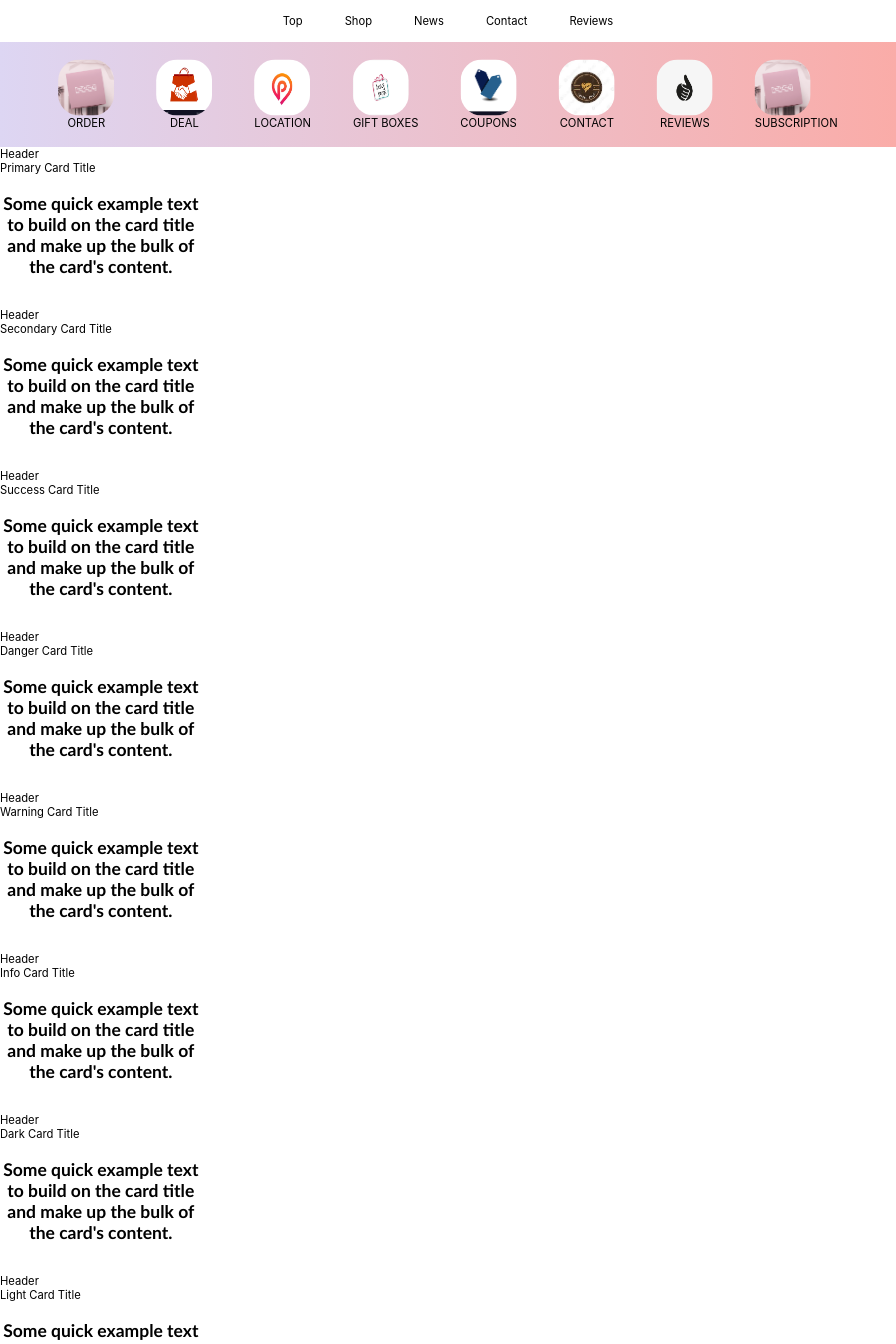
Repository: tusharpasricha/owlsomecoffee
Page: /
An editor plug-in stored every save of this project. The page is shown before and after a run of saves, followed by the edit.
The browser window is 1280 px wide. The pictures show the part of the page from y = 0 to 1920 px (the page is 4056 px tall before and 2411 px after), at 70% of full size.
Some web fonts or font styles are not loaded; a fallback is used. The project was rebuilt for these pictures with package versions that can differ from the ones it lists, and the page was loaded fresh each time. Also part of the build but not shown: src/components/coupons.css, src/components/coupons.js, src/components/order.css, src/components/order.js, src/components/giftboxes.css, src/components/giftboxes.js, src/components/location.css, src/components/location.js and 1 more.

Above is the page before, as saved 2021-09-27 22:06:49.

### src/App.js

//import './App.css';
import Navbar from './components/navbar';
import Bar from './components/bar';
import Subs from './components/subscription';
import Review from './components/review';
import Coupons from './components/coupons';
import Order from './components/order';
import Giftboxes from './components/giftboxes';
import Location from './components/location';
import Deal from './components/deal';
import Beforefootor from './components/beforefootor';
import Footor from './components/footor';
import Blank from './components/blank';
import Contact from './components/contact'










function App() {
  return (
    <div className="App">
     <Navbar></Navbar>
     <Blank></Blank>
     <Bar></Bar>
     <Deal></Deal>
     <Review></Review>
     {/* <Order></Order>
     <Location></Location>

     <Giftboxes></Giftboxes>
     <Coupons></Coupons> */}
     <Contact></Contact>
     <Subs></Subs>
     <Beforefootor></Beforefootor>
    <Footor></Footor>
    </div>
  );
}

export default App;

### src/components/navbar.js
import React from 'react'
import './navbar.css'
import {animateScroll as scroll} from 'react-scroll';
const Navbar = () => {
    return (
      <header className="mobileNav">
    <div className="nav">
<ul className="options">
  <li onClick={(()=> scroll.scrollToTop())}>
  Top</li>
  <li><a href="default.asp">Shop</a></li>
  <li><a href="news.asp">News</a></li>
  <li><a href="contact.asp">Contact</a></li>
  <li><a href="about.asp">Reviews</a></li>
</ul>
    </div>
    </header>
    )
}

export default Navbar

### src/components/bar.js
import React from 'react';
import {Link} from 'react-scroll';
import './bar.css';
import order from './order.jpg';
import deal from './deal.jpg';
import location from './location.jpg';
import coupon from './coupon.jpg';
import gift from './gift.jpg';
import review from './review.jpg';
import subscription from './subscription.png';
import logo from './logo.jfif';

const Bar = () => {
    return (
        <div className="bar">
<ul>
  <li> <img src={subscription}></img> <Link to="order" smooth={true} duration={1000}>ORDER</Link></li>
  <li><img src={deal}></img> <Link to="deal" smooth={true} duration={1000}>DEAL</Link></li>
  <li><img src={location}></img> <Link to="location" smooth={true} duration={1000}>LOCATION</Link></li>
  <li><img src={gift}></img> <Link to="giftboxes" smooth={true} duration={1000}>GIFT BOXES</Link></li>
  <li><img src={coupon}></img> <Link to="coupons" smooth={true} duration={1000}>COUPONS</Link></li>
  <li><img src={logo}></img> <Link to="contact" smooth={true} duration={1000}>CONTACT</Link></li>
  <li><img src={review}></img> <Link to="reviews" smooth={true} duration={1000}>REVIEWS</Link></li>
  <li><img src={subscription}></img> <Link to="subs" smooth={true} duration={1000}>SUBSCRIPTION</Link></li>

</ul>
        </div>
    )
}

export default Bar

### src/components/subscription.js
import React from 'react'
import './subscription.css';

const Subs = () => {
    return (

        <div className="subs" id="subs">
        <section>
        <h1>Subscription</h1>
        <p>Fresh Sleepy Owl, every month, at your doorstep. Never run out of coffee again. Skip, pause or cancel your subscription at anytime.</p>
        </section>

        </div>

    )
}

export default Subs

### src/components/review.js
import React from 'react';
import './review.css';

const Review = () => {
    return (
        <div className="reviews" to="reviews">
        <section>
        <h1>REVIEWS</h1>
        <p>Fresh Sleepy Owl, every month, at your doorstep. Never run out of coffee again. Skip, pause or cancel your subscription at anytime.</p>
        </section>
        </div>
    )
}

export default Review

### src/components/deal.js
import React from "react"

import Card from "react-bootstrap/Card";
import './deal.css';


const Deal = () => {
    return (
        <>
  <Card bg="primary" text="white" style={{ width: '18rem' }}>
    <Card.Header>Header</Card.Header>
    <Card.Body>
      <Card.Title>Primary Card Title</Card.Title>
      <Card.Text>
        Some quick example text to build on the card title and make up the bulk
        of the card's content.
      </Card.Text>
    </Card.Body>
  </Card>
  <br />

  <Card bg="secondary" text="white" style={{ width: '18rem' }}>
    <Card.Header>Header</Card.Header>
    <Card.Body>
      <Card.Title>Secondary Card Title</Card.Title>
      <Card.Text>
        Some quick example text to build on the card title and make up the bulk
        of the card's content.
      </Card.Text>
    </Card.Body>
  </Card>
  <br />

  <Card bg="success" text="white" style={{ width: '18rem' }}>
    <Card.Header>Header</Card.Header>
    <Card.Body>
      <Card.Title>Success Card Title</Card.Title>
      <Card.Text>
        Some quick example text to build on the card title and make up the bulk
        of the card's content.
      </Card.Text>
    </Card.Body>
  </Card>
  <br />

  <Card bg="danger" text="white" style={{ width: '18rem' }}>
    <Card.Header>Header</Card.Header>
    <Card.Body>
      <Card.Title>Danger Card Title</Card.Title>
      <Card.Text>
        Some quick example text to build on the card title and make up the bulk
        of the card's content.
      </Card.Text>
    </Card.Body>
  </Card>
  <br />

  <Card bg="warning" text="white" style={{ width: '18rem' }}>
    <Card.Header>Header</Card.Header>
    <Card.Body>
      <Card.Title>Warning Card Title</Card.Title>
      <Card.Text>
        Some quick example text to build on the card title and make up the bulk
        of the card's content.
      </Card.Text>
    </Card.Body>
  </Card>
  <br />

  <Card bg="info" text="white" style={{ width: '18rem' }}>
    <Card.Header>Header</Card.Header>
    <Card.Body>
      <Card.Title>Info Card Title</Card.Title>
      <Card.Text>
        Some quick example text to build on the card title and make up the bulk
        of the card's content.
      </Card.Text>
    </Card.Body>
  </Card>
  <br />

  <Card bg="dark" text="white" style={{ width: '18rem' }}>
    <Card.Header>Header</Card.Header>
    <Card.Body>
      <Card.Title>Dark Card Title</Card.Title>
      <Card.Text>
        Some quick example text to build on the card title and make up the bulk
        of the card's content.
      </Card.Text>
    </Card.Body>
  </Card>
  <br />

  <Card bg="light" style={{ width: '18rem' }}>
    <Card.Header>Header</Card.Header>
    <Card.Body>
      <Card.Title>Light Card Title</Card.Title>
      <Card.Text>
        Some quick example text to build on the card title and make up the bulk
        of the card's content.
      </Card.Text>
    </Card.Body>
  </Card>
  <br />
</>
    )
}

export default Deal

### src/components/beforefootor.js
import React from 'react'
import './beforefootor.css'

const Beforefootor = () => {

    return (
        <div className="beforefootor">
            <section className="info">
                <div className="infopart">
                <p className="tag">Social</p>
                <p className="value">YOUTUBE</p>
                <p className="value">INSTAGRAM</p>
                <p className="value">FACEBOOK</p>
                <p className="value">TWITTER</p>
                </div>
            </section>
            <section className="info">
            <div className="infopart">
                <p className="tag">Contact</p>
                <p className="value">+91 7906438792</p>
                <p className="value">owlsome@gmail.com</p>
                </div>
            </section>
            {/* <section className="info">
                <div className="infopart">
                <p className="tag">Twitter</p>
                <p className="value">Sirjohnson</p>
                </div>
                <div className="infopart">
                <p className="tag">INSTAGRAM</p>
                <p className="value">sirjohnson_socks</p>
                </div>
                <div className="infopart">
                <p className="tag">FACEBOOK</p>
                <p className="value">Sir Johnson Socks</p>
                </div>
            </section> */}


        </div>
    )
}

export default Beforefootor

### src/components/footor.js
import React from 'react'
import './footor.css'

const Footor = () => {
    return (
        <div className="footor">
                owlsome
        </div>
    )
}

export default Footor

### src/components/blank.js
import React from 'react';
import './blank.css';

const Blank = () => {
    return (
        <div className="blank" to="blank">

        </div>
    )
}

export default Blank

### src/components/contact.js
import React from "react";
// import emailjs from 'emailjs-com';
import './contact.css';
// function sendEmail(e){
//     e.preventDefault();
//     console.log('submited')
//     alert("Thank you for your response")

//     emailjs.sendForm('service_v5j0w57', 'template_jckj8km', e.target, 'user_RQy2NQAr1UeMOoaw4Cpgi')
//       .then((result) => {
//           console.log(result.text);
//       }, (error) => {
//           console.log(error.text);
//       });
//       e.target.reset()
// }
const Contact = () => {
    return (
        <>
            <section className="contact" to="contact">
                <form >
                    <label htmlFor="name">Name</label>
                    <input type="text" name="name"/>
                    <label htmlFor="City">City</label>
                    <input type="text" name="city"/>
                    <label htmlFor="email">E-Mail</label>
                    <input type="email" name="email"/>
                    <label>Contact Details</label>
                    <textarea  rows="7" cols="100"  name="message" ></textarea>
                    <button type="submit">Submit</button>
                </form>
            </section>

            </>
    );
    }
export default Contact;

### src/components/navbar.css


.nav{
    position: fixed;
    background-color: rgb(255, 255, 255);
    display: flex;
    justify-content: center;
    height: 60px;
    width: 100%;
    align-items: center;

}
ul{

     display: flex;
     list-style-type: none;
     justify-content: center;
     padding: 2px;
 }
 li{
     padding-right: 40px;
     padding-left: 40px;
 }
 a{
     text-decoration: none;
     color: black;
 }

### src/components/bar.css

.bar{
    background-color: rgba(209, 94, 94, 0.74);
    display: flex;
    justify-content: center;
    height: 150px;
    width: 100%;
    align-items: center;
    background-image: linear-gradient(to right,#ddd6f3,#faaca8);
}
ul{
     display: flex;
     list-style-type: none;
     justify-content: center;
     padding: 2px;
 }
 li{
     display: flex;
     flex-direction: column;
     padding-right: 30px;
     padding-left: 30px;
     text-align: center;

 }
 a{
     text-decoration: none;
     color: black;
 }
img{

    height: 80px;
    width: 80px;
    border-radius: 30px;
}

### src/components/subscription.css
.subs{
    display: flex;
    justify-content: center;
    background-color: rgb(252, 188, 200);
    height: 500px;
    background-image: linear-gradient(to right,#dae2f8,#d6a4a4);
}
section{

    flex-direction: column;
    padding: 100px;
    width: 40%;

}
h1{
    font-size: 50px;
    text-align: center;
    font-weight: bolder;
    padding: 30px;
}
p{
    font-family: 'Trebuchet MS', 'Lucida Sans Unicode', 'Lucida Grande', 'Lucida Sans', Arial, sans-serif;
    text-align: center;
    font-weight: bold;
    font-size: 25px;
}

### src/components/review.css
.reviews{
    background-image: linear-gradient(to right, #000428,#004e92);
    background-color:rgb(0, 0, 0);
    color: white;
    height: 600px;
}

### src/components/beforefootor.css
/* @import url('https://fonts.googleapis.com/css2?family=Style+Script&display=swap'); */

.beforefootor{
    background-image: linear-gradient(to right, #000428,#004e92);

    display: flex;
}

.info{
    color: rgba(255, 255, 255, 0.849);
    width: 33.333%;
    text-align: center;
    padding: 10PX;

}

.tag{
    color:rgba(255, 255, 255, 0.918);
    font-family: 'Trebuchet MS', 'Lucida Sans Unicode', 'Lucida Grande', 'Lucida Sans', Arial, sans-serif;
}
.value{
 color: rgba(255, 255, 255, 0.87);
 font-family: 'Trebuchet MS', 'Lucida Sans Unicode', 'Lucida Grande', 'Lucida Sans', Arial, sans-serif;
 font-size: 15px;
}

### src/components/footor.css
@import url('https://fonts.googleapis.com/css2?family=Style+Script&display=swap');

.footor{
    padding: 5px;
    margin-top: 2px;
    text-align: center;
    color: white;
    background-color: black;
    font-Family: 'Style Script';
  font-size: 30px;
  }

### src/components/blank.css
.blank{
    background-color:rgb(207, 162, 162);
    height: 60px;
}

### src/components/contact.css
@import url('https://fonts.googleapis.com/css2?family=Roboto+Mono:wght@500&display=swap');

.contact{

    padding: 30px;
}
form {
    /* border: 2px solid coral; */
    width: 50%;
    margin: auto;
    display: flex;

    flex-direction: column;
    padding: 30px;
    background:  #eaeaea;
    border-radius: 5px;
    font-family: 'Roboto Mono', monospace;
    border-color: #d0d0d0;
    color: #000;
}

form label {
    margin-bottom: 10px;
}

form input {
    margin-bottom: 20px;
    padding: 10px 10px;
    border: 1px solid grey;
    border-radius: 2px;
    background: #fff;
    color: #000;
}

form textarea {
    margin-bottom: 30px;
    background: #fff;
}


form button {
    padding: 20px 10px;
    font-size: 20px;
    margin-bottom: 5px;
    background-color: #004e92;
    color: #fff;
    cursor: pointer;
    border-radius: 1rem;
}
form button:hover{
    color: black;
    background-color: white;
}

Loaded but not shown: public/index.html (common file); src/index.js (common file); src/index.css (common file)

After the next 2 saves:
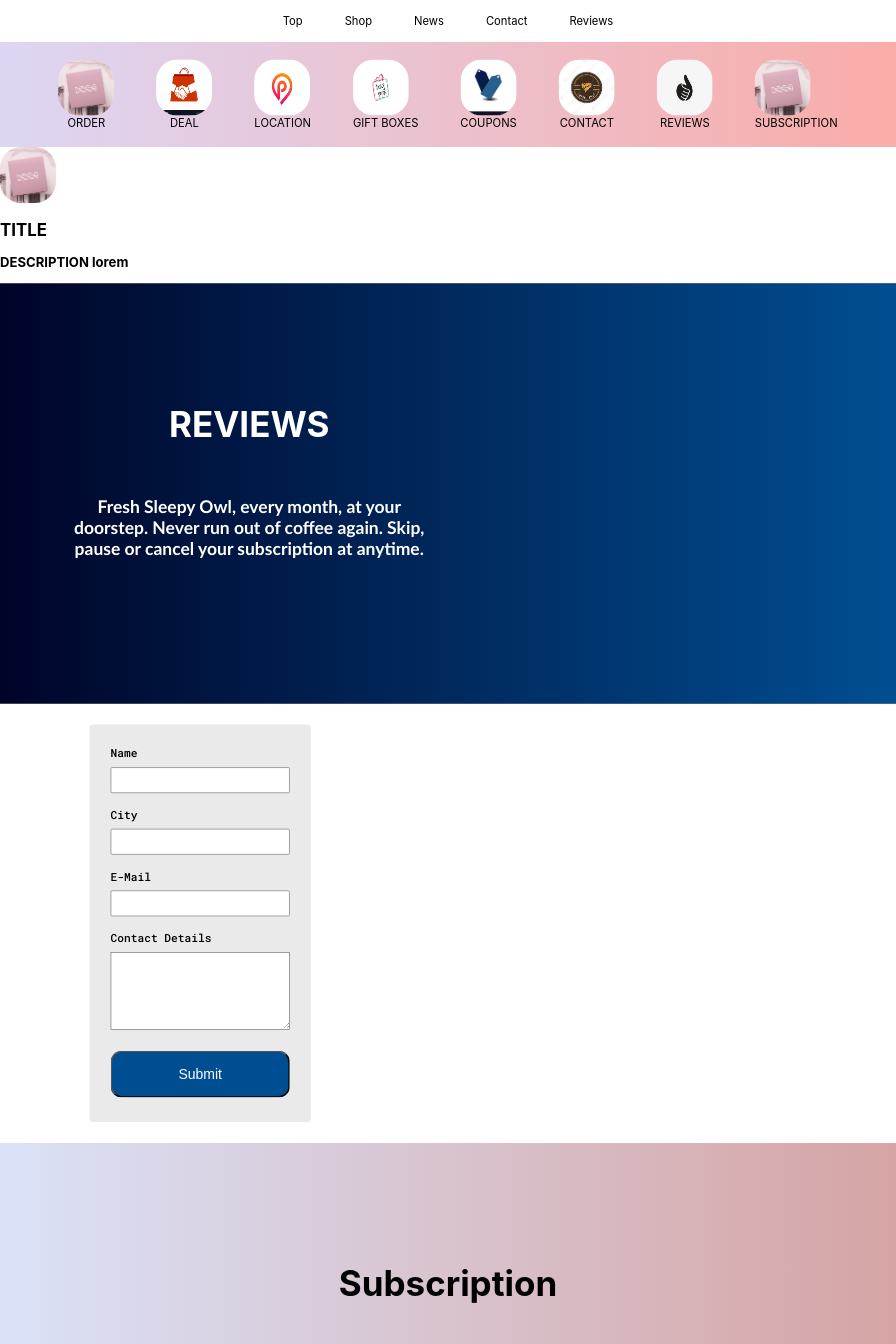
The 2 saves are shown as one change because 1 did not build or start.
The last was saved 11 min 50 s later.
--- a/src/components/deal.js
+++ b/src/components/deal.js
@@ -1,109 +1,27 @@
-import React from "react"
-
-import Card from "react-bootstrap/Card";
+import React from "react";
 import './deal.css';
-
+import subscription from './subscription.png';
 
 const Deal = () => {
     return (
-        <>
-  <Card bg="primary" text="white" style={{ width: '18rem' }}>
-    <Card.Header>Header</Card.Header>
-    <Card.Body>
-      <Card.Title>Primary Card Title</Card.Title>
-      <Card.Text>
-        Some quick example text to build on the card title and make up the bulk
-        of the card's content.
-      </Card.Text>
-    </Card.Body>
-  </Card>
-  <br />
+        // <div className="cardContainer">
+            <div className="singleContainer">
+                <div className="card" >
+                    <div className="sneaker">
+                        <div className="circle"></div>
+                        <img src={subscription} className="imga" alt="Socks" />
+                    </div>
+                    <div className="description">
+                        <h2 className="title">TITLE</h2>
+                        <h3 className="desc">DESCRIPTION lorem</h3>
+                        <div className="size">
 
-  <Card bg="secondary" text="white" style={{ width: '18rem' }}>
-    <Card.Header>Header</Card.Header>
-    <Card.Body>
-      <Card.Title>Secondary Card Title</Card.Title>
-      <Card.Text>
-        Some quick example text to build on the card title and make up the bulk
-        of the card's content.
-      </Card.Text>
-    </Card.Body>
-  </Card>
-  <br />
-
-  <Card bg="success" text="white" style={{ width: '18rem' }}>
-    <Card.Header>Header</Card.Header>
-    <Card.Body>
-      <Card.Title>Success Card Title</Card.Title>
-      <Card.Text>
-        Some quick example text to build on the card title and make up the bulk
-        of the card's content.
-      </Card.Text>
-    </Card.Body>
-  </Card>
-  <br />
-
-  <Card bg="danger" text="white" style={{ width: '18rem' }}>
-    <Card.Header>Header</Card.Header>
-    <Card.Body>
-      <Card.Title>Danger Card Title</Card.Title>
-      <Card.Text>
-        Some quick example text to build on the card title and make up the bulk
-        of the card's content.
-      </Card.Text>
-    </Card.Body>
-  </Card>
-  <br />
-
-  <Card bg="warning" text="white" style={{ width: '18rem' }}>
-    <Card.Header>Header</Card.Header>
-    <Card.Body>
-      <Card.Title>Warning Card Title</Card.Title>
-      <Card.Text>
-        Some quick example text to build on the card title and make up the bulk
-        of the card's content.
-      </Card.Text>
-    </Card.Body>
-  </Card>
-  <br />
-
-  <Card bg="info" text="white" style={{ width: '18rem' }}>
-    <Card.Header>Header</Card.Header>
-    <Card.Body>
-      <Card.Title>Info Card Title</Card.Title>
-      <Card.Text>
-        Some quick example text to build on the card title and make up the bulk
-        of the card's content.
-      </Card.Text>
-    </Card.Body>
-  </Card>
-  <br />
-
-  <Card bg="dark" text="white" style={{ width: '18rem' }}>
-    <Card.Header>Header</Card.Header>
-    <Card.Body>
-      <Card.Title>Dark Card Title</Card.Title>
-      <Card.Text>
-        Some quick example text to build on the card title and make up the bulk
-        of the card's content.
-      </Card.Text>
-    </Card.Body>
-  </Card>
-  <br />
-
-  <Card bg="light" style={{ width: '18rem' }}>
-    <Card.Header>Header</Card.Header>
-    <Card.Body>
-      <Card.Title>Light Card Title</Card.Title>
-      <Card.Text>
-        Some quick example text to build on the card title and make up the bulk
-        of the card's content.
-      </Card.Text>
-    </Card.Body>
-  </Card>
-  <br />
-</>
-    )
+                        </div>
+                    </div>
+                </div>
+            </div>
+        // </div>
+    );
 }
 
-export default Deal
+export default Deal;
